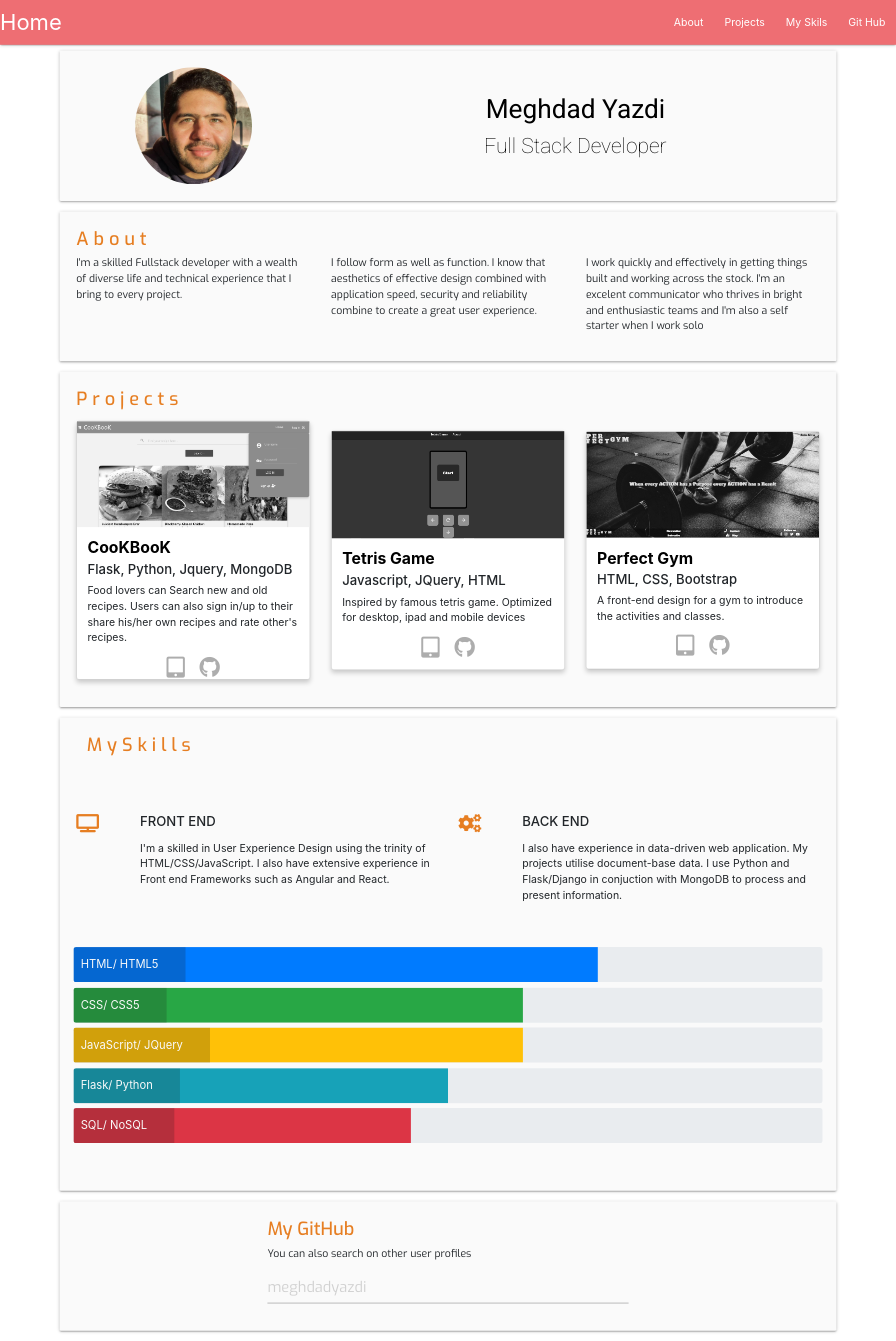
Repository: meghdadyazdi/SD_Res
Page: index.html
The author's editor kept a record of every edit. The page is drawn from the files as they stood at one moment, then again after the next edit.
The browser window is 1280 px wide. The pictures show the whole page, at 70% of full size.
Some web libraries are served in a nearby version.

Above is the page before.
Console error: ReferenceError: $ is not defined

After the next edit:
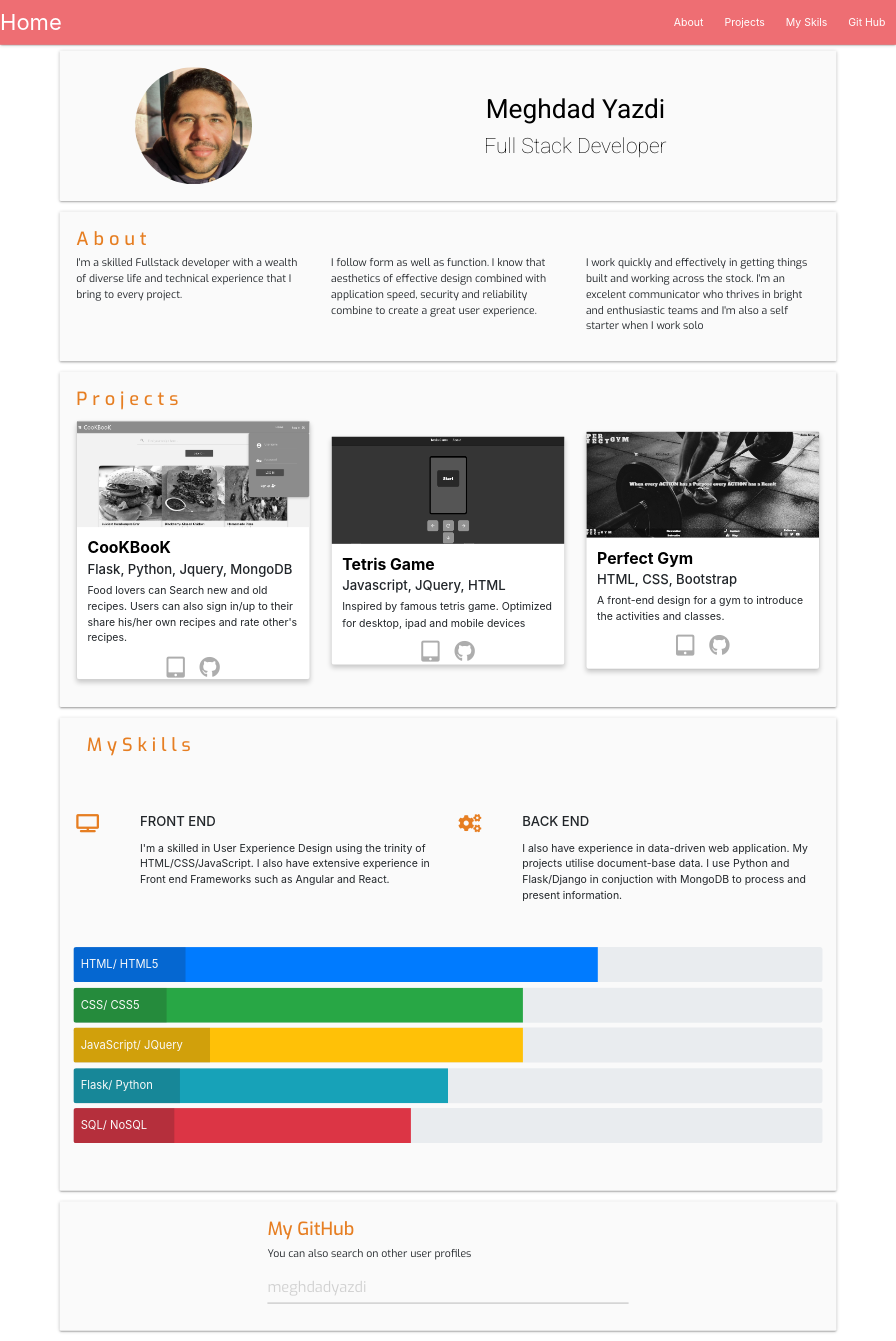
The edit:
--- a/index.html
+++ b/index.html
@@ -127,8 +127,8 @@
           <h4><b>Tetris Game</b></h4>
           <h5>Javascript, JQuery, HTML</h5>
           <p>Inspired by famous tetris game. Optimized for desktop, ipad and mobile devices</p>
-          <p class="par"><a href="https://meghdadyazdi.github.io/IFD-Milestone/" target="_blank"><i class="fas fa-tablet-alt"></i></a>
-          &nbsp&nbsp&nbsp&nbsp<a href="https://github.com/meghdadyazdi/IFD-Milestone" target="_blank"><i class="fab fa-github"></i></a></p>
+          <div class="par"><a href="https://meghdadyazdi.github.io/IFD-Milestone/" target="_blank"><i class="fas fa-tablet-alt"></i></a>
+          &nbsp&nbsp&nbsp&nbsp<a href="https://github.com/meghdadyazdi/IFD-Milestone" target="_blank"><i class="fab fa-github"></i></a></div>
         </div>
       </div>
       </div>
